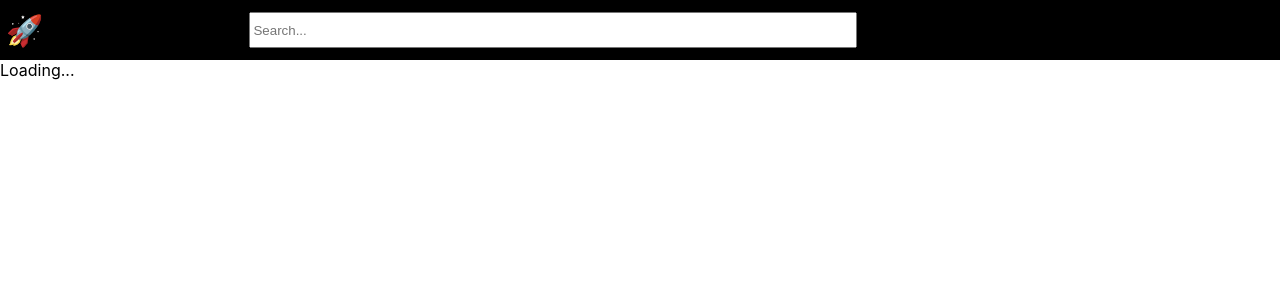
Repository: YEOMJINSEOP/React
Page: / (app in reactube/)
The author's editor kept a copy of each file at every save. The page is drawn from the files as they stood at one save, then again after the next save.
The browser window is 1280 px wide. The pictures show the whole page.
The page's requests for data from a server got no answer. The project was rebuilt for these pictures with package versions that can differ from the ones it lists, and the page was loaded fresh each time. No one was signed in, and anything a server would have sent is missing. Also part of the build but not shown: reactube/src/app.css, reactube/src/components/videoList/VideoList.module.css, reactube/src/components/videoList/VideoList.jsx.

Above is the page before, as saved 2023-01-17 11:32:46.

After the next save:
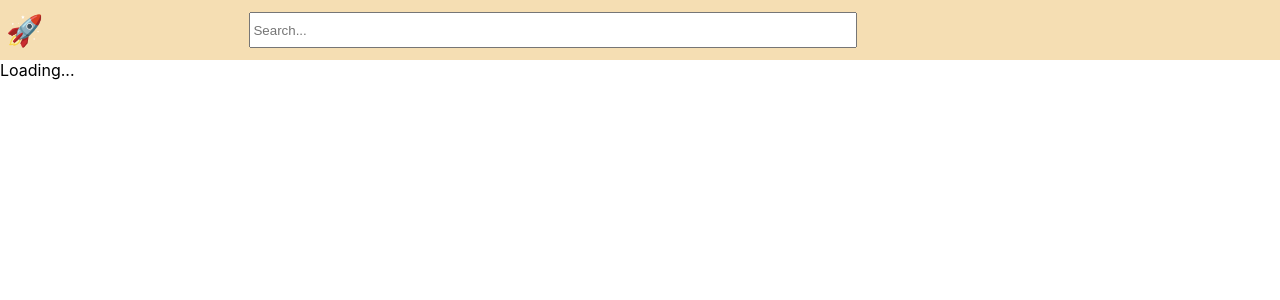
Saved 19 s later.
--- a/reactube/src/components/header/Header.module.css
+++ b/reactube/src/components/header/Header.module.css
@@ -1,5 +1,5 @@
 .header{
-  background-color: black;
+  background-color: wheat;
   height: 60px;
   display: flex;
   align-items: center;
